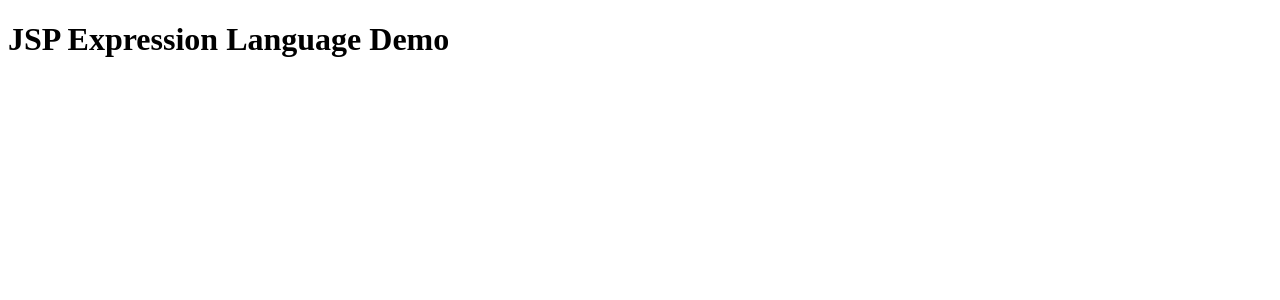
Repository: vinaykn1988/f
Page: http://localhost/13_JSTL/el-demo.jsp
The author's editor kept a copy of each file at every save. The page is drawn from the files as they stood at one save, then again after the next save.
The browser window is 1280 px wide. The pictures show the whole page.
The page is served by Tomcat 9. Other server files are loaded and not shown.

Above is the page before, as saved 2015-10-16 06:22:08.

### full/CoreJava/13 JSTL/WebContent/el-demo.jsp
<%@ page language="java" contentType="text/html; charset=ISO-8859-1"
    pageEncoding="ISO-8859-1"%>
<!DOCTYPE html PUBLIC "-//W3C//DTD HTML 4.01 Transitional//EN" "http://www.w3.org/TR/html4/loose.dtd">
<html>
<head>
<meta http-equiv="Content-Type" content="text/html; charset=ISO-8859-1">
<title>JSP Expression Language Demo</title>
</head>
<body>
<h1>JSP Expression Language Demo</h1>

<%--

An EL uses a format of $(expr). An expression is used directly in the
HTML content, and the expression evaluated, and the result is
substituted in the HTML
 --%>

</body>
</html>

After the next save:
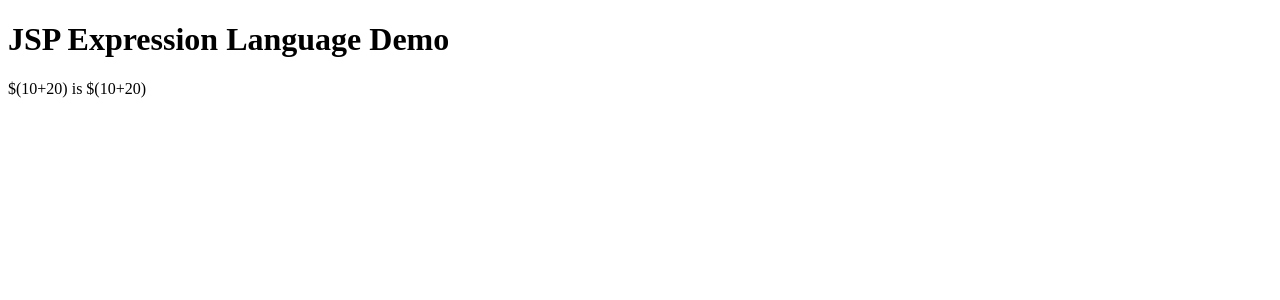
Saved 31 s later.
--- a/full/CoreJava/13 JSTL/WebContent/el-demo.jsp
+++ b/full/CoreJava/13 JSTL/WebContent/el-demo.jsp
@@ -13,8 +13,10 @@
 
 An EL uses a format of $(expr). An expression is used directly in the
 HTML content, and the expression evaluated, and the result is
-substituted in the HTML
+substituted in the HTML.
  --%>
+
+$(10+20) is $(10+20)</p>
 
 </body>
 </html>
